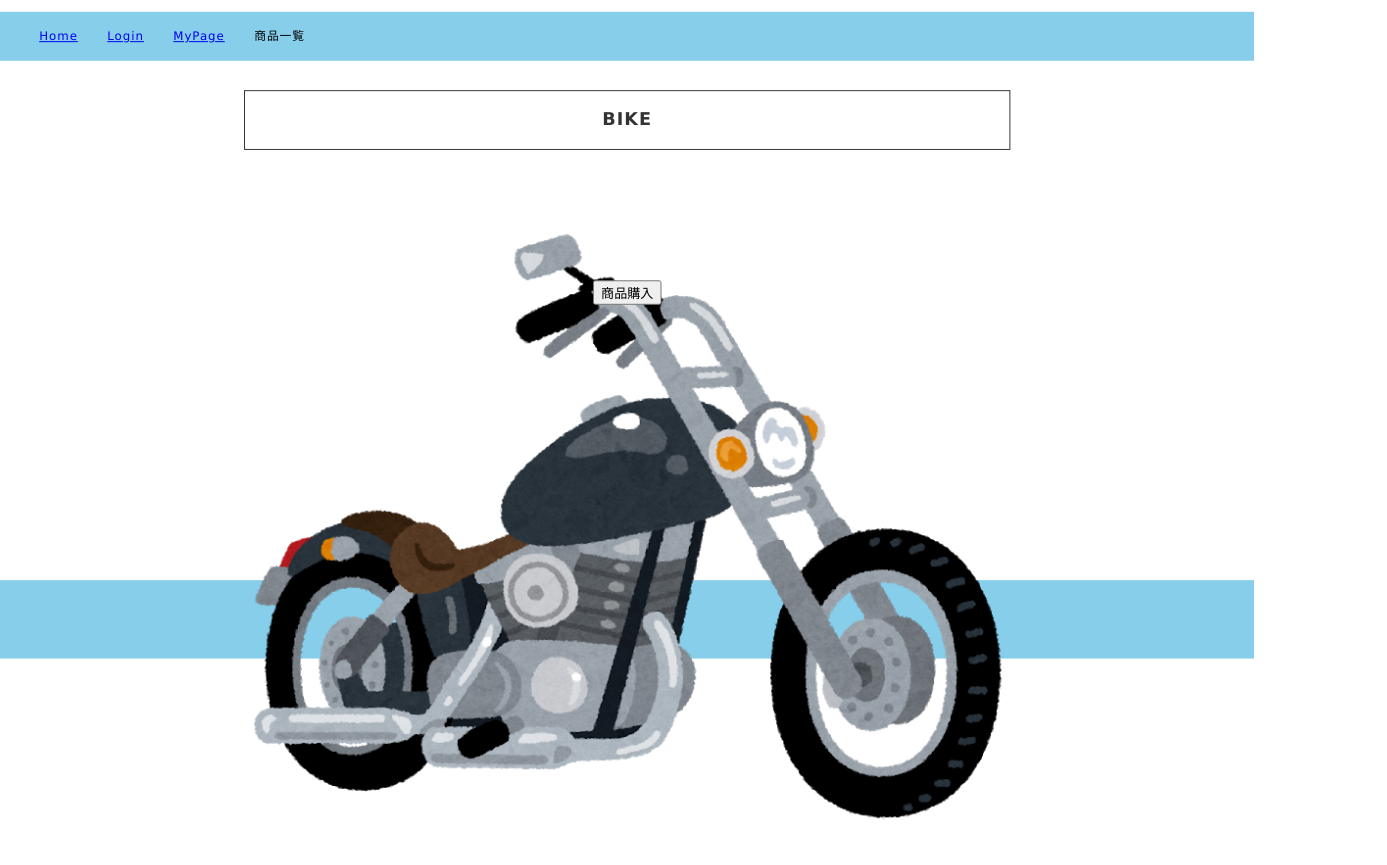
Repository: RYOYAEGAWA/test
Page: http://localhost/ecsite_a/
The author's editor kept a copy of each file at every save. The page is drawn from the files as they stood at one save, then again after the next save.
The browser window is 1280 px wide. The page is 1280 px wide, then 1415 px, then 1280 px, so the pictures cover 1415 px, including what lies to the right of the window. The pictures show the whole page, at 98% of full size.
The page is served by Tomcat 9.

Above is the page before, as saved 2018-05-18 14:59:46.

After the next save:
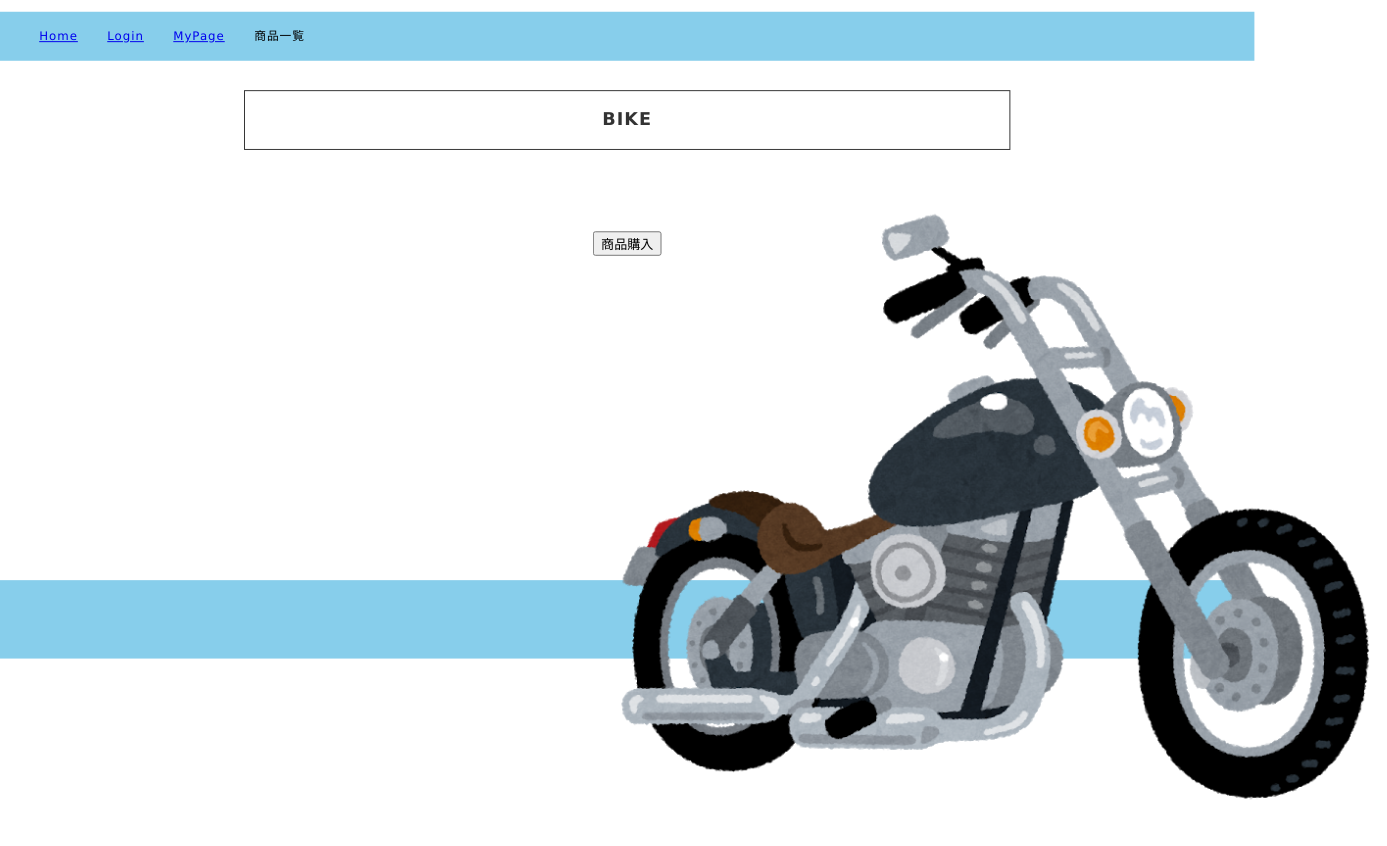
Saved 93 s later.
--- a/java/Eclipse_Data/ecsite_a/WebContent/home.jsp
+++ b/java/Eclipse_Data/ecsite_a/WebContent/home.jsp
@@ -59,12 +59,11 @@
 			}
 
 			.HomeImage{
-			display:block;
 			margin:0 auto;
 			height:50px;
-			margin-top:50px;
-			margin-bottom:30px;
-			z-index:5;
+			width:50px;
+			margin-top:10px;
+			margin-bottom:0px;
 			}
 
 		</style>

After the save that followed:
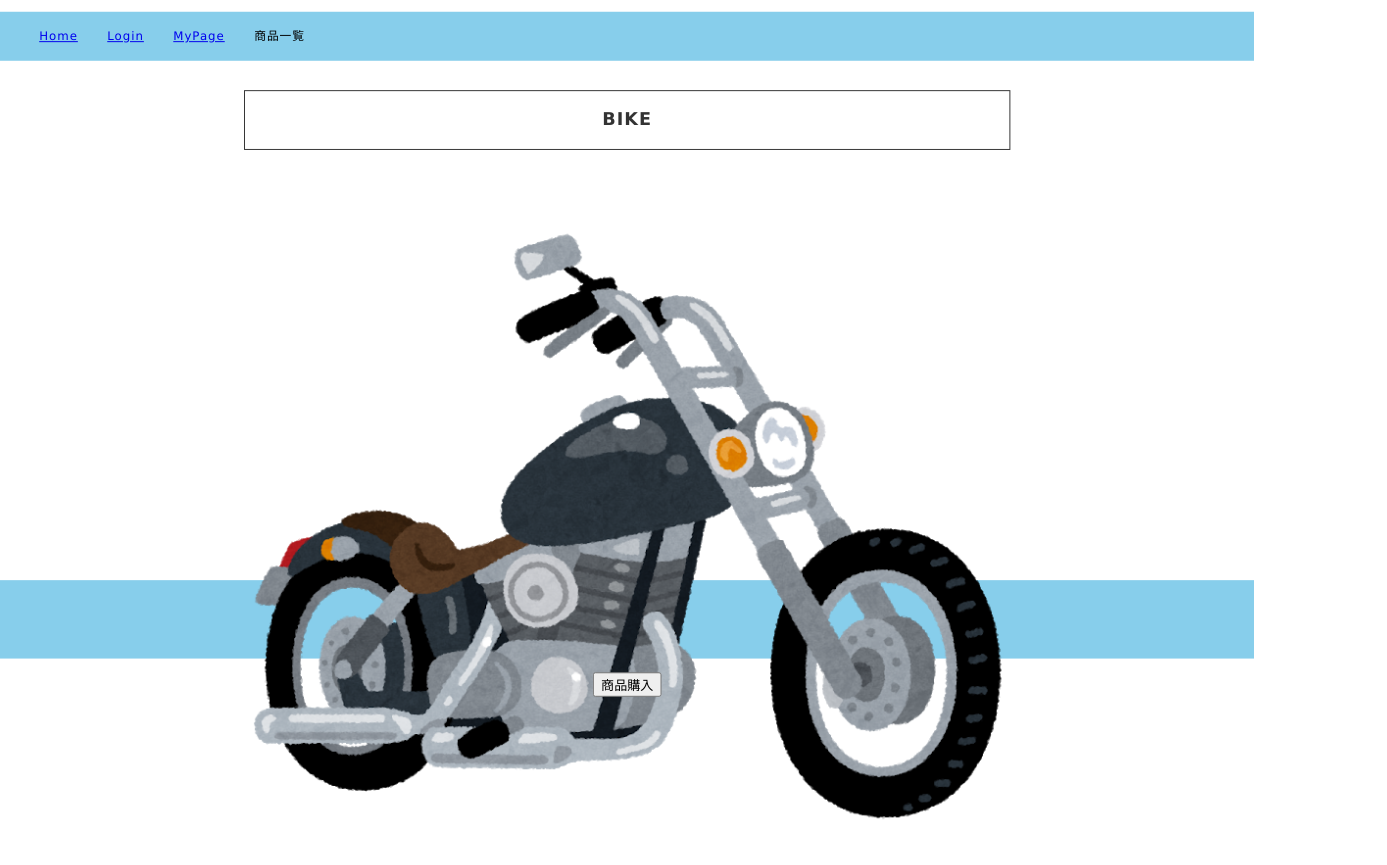
Saved 94 s later.
--- a/java/Eclipse_Data/ecsite_a/WebContent/home.jsp
+++ b/java/Eclipse_Data/ecsite_a/WebContent/home.jsp
@@ -59,11 +59,12 @@
 			}
 
 			.HomeImage{
+			display:block;
 			margin:0 auto;
-			height:50px;
-			width:50px;
-			margin-top:10px;
-			margin-bottom:0px;
+			height:450px;
+			margin-top:50px;
+			margin-bottom:30px;
+			z-index:5;
 			}
 
 		</style>
